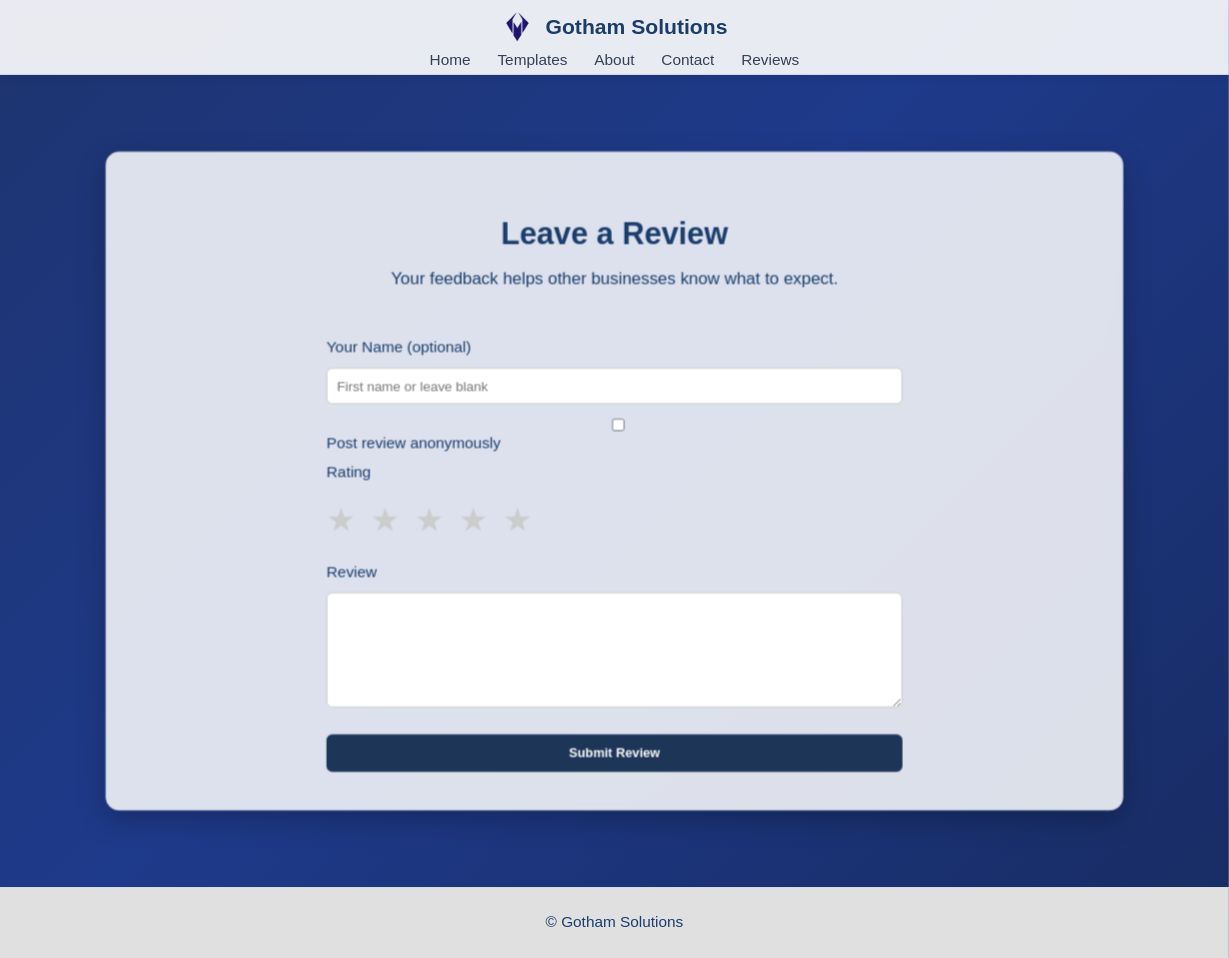
Repository: kmm569/gothamsolutions
Page: reviews/new/index.html
These files come from the project's save history. The page is drawn as it stood at one moment and after the next save; the edit follows.
The browser window is 1280 px wide. The pictures show the whole page, at 96% of full size.

Above is the page before, as saved 2026-03-12 14:13:10.
Console error: TypeError: Cannot set properties of null (setting 'innerText')

### reviews/new/index.html
<!doctype html>
<html lang="en">
	<head>
		<meta charset="UTF-8" />
		<title>Leave a Review | Gotham Solutions</title>
		<link rel="stylesheet" href="../../styles.css" />
		<link rel="icon" href="../../icons/favicon.ico" />
	</head>

	<body>
		<header>
			<div class="logo-container">
				<img
					href="/"
					src="../../LogoSolo.png"
					alt="Gotham Solutions Logo"
					class="logo"
				/>
				<h1>Gotham Solutions</h1>
			</div>

			<nav>
				<ul>
					<li><a href="/" class="nav-link">Home</a></li>
					<li><a href="/templates/" class="nav-link">Templates</a></li>
					<li><a href="/about/" class="nav-link">About</a></li>
					<li><a href="/contact/" class="nav-link">Contact</a></li>
					<li><a href="/reviews/" class="nav-link">Reviews</a></li>
				</ul>
			</nav>
		</header>

		<main>
			<div class="content-wrapper">
				<section class="hero">
					<h2>Leave a Review</h2>
					<p class="hero-text">
						Your feedback helps other businesses know what to expect.
					</p>
				</section>

				<p id="invoiceLabel"></p>

				<form class="review-form" id="reviewForm">
					<label>Your Name (optional)</label>
<input type="text" id="name" placeholder="First name or leave blank">
<label class="anon-option">
	<input type="checkbox" id="anonymous">
	Post review anonymously
</label>

					<label>Rating</label>

					<div class="star-rating" id="starRating">
						<span data-value="1">★</span>
						<span data-value="2">★</span>
						<span data-value="3">★</span>
						<span data-value="4">★</span>
						<span data-value="5">★</span>
					</div>

					<input type="hidden" id="rating" value="" />

					<label>Review</label>
					<textarea id="review" required></textarea>

					<button type="submit">Submit Review</button>
				</form>
			</div>
		</main>

		<footer>
			<div class="container">
				<p>© Gotham Solutions</p>
			</div>
		</footer>

		<script>
			const API =
				"https://script.google.com/macros/s/AKfycbwKmVo3ZUbQQKJZX6465AFCs7X93Y6zOUUWhPNcIFCREsZjv8862jFix98XCnKtpo5Diw/exec";

			const params = new URLSearchParams(window.location.search);
			const token = params.get("token");

			//document.getElementById("token").value = token;

			async function validateToken() {
				if (!token) {
					document.getElementById("status").innerText =
						"This review link is missing a token.";
					document.querySelector(".review-form").style.display = "none";
					return;
				}

				const res = await fetch(API + "?action=validate&token=" + token);
				const data = await res.json();

				if (!data.valid) {
					document.getElementById("status").innerText =
						"This review link is invalid or already used.";

					document.querySelector(".review-form").style.display = "none";
				} else {
					document.getElementById("status").innerText =
						"Submitting review for invoice " + data.invoice;
				}
			}

			validateToken();

			const form = document.querySelector(".review-form");

			form.addEventListener("submit", async function (e) {
				e.preventDefault();

				if (!ratingInput.value) {
	alert("Please select a rating.");
	return;
}

				const payload = {
					token: token,
					name: document.getElementById("name").value,
					rating: document.getElementById("rating").value,
					review: document.getElementById("review").value,
				};

				const response = await fetch(API, {
					method: "POST",
					body: new URLSearchParams(payload),
				});

				const text = await response.text();

				if (text === "success") {
					document.querySelector(".content-wrapper").innerHTML = `
			<h2>Thank you for your review!</h2>
			<p>Your feedback helps other businesses know what to expect.</p>
			<a class="button-primary" href="/reviews">View Reviews</a>
		`;
				} else {
					alert("Invalid or already-used review link.");
				}
			});

			/*const header = document.querySelector("header");

			let isShrunk = false;

			const shrinkPoint = 10;
			const expandPoint = 2;

			window.addEventListener("scroll", () => {
				const scroll = window.scrollY;

				if (!isShrunk && scroll > shrinkPoint) {
					header.classList.add("scrolled");
					isShrunk = true;
				}

				if (isShrunk && scroll < expandPoint) {
					header.classList.remove("scrolled");
					isShrunk = false;
				}
			});*/

			window.addEventListener("load", () => {
				if (window.scrollY > shrinkPoint) {
					header.classList.add("scrolled");
					isShrunk = true;
				}
			});

			const stars = document.querySelectorAll("#starRating span");
			const ratingInput = document.getElementById("rating");

			let currentRating = 0;

			function paintStars(rating) {
				stars.forEach((star) => {
					const value = Number(star.dataset.value);

					if (value <= rating) {
						star.classList.add("active");
					} else {
						star.classList.remove("active");
					}
				});
			}

			paintStars(currentRating);

			stars.forEach((star) => {
				star.addEventListener("mouseover", () => {
					paintStars(star.dataset.value);
				});

				star.addEventListener("mouseout", () => {
					paintStars(currentRating);
				});

				star.addEventListener("click", () => {
					currentRating = Number(star.dataset.value);
					ratingInput.value = currentRating;
					paintStars(currentRating);
				});
			});
		</script>
	</body>
</html>

### styles.css
*,
*::before,
*::after {
	box-sizing: border-box;
}

body {
	background: #ffffff;
	color: #1a3d6b;
	font-family: Arial, sans-serif;
	margin: 0;
	padding: 0;
	display: flex;
	flex-direction: column;
	min-height: 100vh;
}

header{
	position:sticky;
	top:0;
	z-index:100;

	display:flex;
	flex-direction:column;
	align-items:center;
	justify-content:center;

	height:78px;

	padding:6px 20px;

	background:rgba(255,255,255,0.9);
	backdrop-filter:blur(6px);

	box-shadow:0 2px 10px rgba(0,0,0,0.08);
}

.logo-container{
	display:flex;
	align-items:center;
	gap:12px;

	height:44px;
	overflow:hidden;

	transition:max-height .25s ease, opacity .2s ease, transform .25s ease;
}

/* compact header when scrolling
header.scrolled {
	padding: 10px 20px;
	box-shadow: 0 6px 18px rgba(0, 0, 0, 0.15);
}*/


header.scrolled .logo-container {
	max-height: 0;
	opacity: 0;
	transform: translateY(-10px);
}


@media (max-width: 600px) {
	header {
		padding: 16px 12px;
	}
}

header h1{
	font-size:22px;
	margin:0;
}

.logo{
	height:34px;
	width:auto;
}

nav ul{
	display:flex;
	gap:28px;
	list-style:none;
	padding:0;
	margin:4px 0 0 0;
}

.nav-link {
	text-decoration: none;

	color: #334155;
	font-weight: 500;

	position: relative;

	transition: color 0.2s ease;
}

.nav-link:hover {
	color: #2563eb;
}

.nav-link::after {
	content: "";

	position: absolute;
	left: 0;
	bottom: -4px;

	width: 0;
	height: 2px;

	background: #2563eb;

	transition: width 0.2s ease;
}

.nav-link:hover::after {
	width: 100%;
}

main {
	flex: 1;
	padding: 40px 20px;
	width: 100%;
	max-width: 1100px;
	margin: 0 auto;
}

/* HERO */

.hero {
	text-align: center;
	margin-bottom: 50px;
}

.hero h2 {
	font-size: 2em;
	margin-bottom: 15px;
}

.hero-text {
	max-width: 650px;
	margin: auto;
	font-size: 1.1em;
	line-height: 1.5;
}

@media (max-width: 600px) {
	.hero-text {
		max-width: 100%;
		padding: 0 6px;
	}
}

.hero-buttons {
	margin-top: 20px;
	display: flex;
	gap: 15px;
	justify-content: center;
	flex-wrap: wrap;
}

/* BUTTONS */

.button-primary {
	background: #1a3d6b;
	color: white;
	padding: 12px 24px;
	border-radius: 8px;
	text-decoration: none;
	font-weight: bold;
}

.button-secondary {
	background: #16a085;
	color: white;
	padding: 12px 24px;
	border-radius: 8px;
	text-decoration: none;
	font-weight: bold;
}

@media (max-width: 600px) {
	.button-primary,
	.button-secondary {
		padding: 10px 18px;
		font-size: 0.95em;
	}
}

/* SERVICES */

.services {
	margin-bottom: 50px;
}

.services h2 {
	text-align: center;
	margin-bottom: 25px;
}

.service-grid {
	display: grid;
	grid-template-columns: repeat(auto-fit, minmax(220px, 1fr));
	gap: 20px;
}

@media (max-width: 600px) {
	.service-grid {
		grid-template-columns: 1fr;
		gap: 18px;
	}
}

.service-card {
	background: #f5f5f5;
	padding: 20px;
	border-radius: 10px;
	box-shadow: 0 4px 10px rgba(0, 0, 0, 0.1);
}

/* PROCESS */

.process {
	margin-bottom: 20px;
}

.process h2 {
	text-align: center;
	margin-bottom: 25px;
}

.process-grid {
	display: grid;
	grid-template-columns: repeat(auto-fit, minmax(220px, 1fr));
	gap: 20px;
}

.process-step {
	background: #f5f5f5;
	padding: 20px;
	border-radius: 10px;
	box-shadow: 0 4px 10px rgba(0, 0, 0, 0.1);
}

/* CTA */

.cta {
	text-align: center;
	background: #f5f5f5;
	padding: 30px;
	border-radius: 10px;
	max-width: 700px;
	margin: 0 auto;
}

.cta p {
	max-width: 600px;
	margin: 10px auto 20px auto;
}

/* FORM */

.contact-section {
	max-width: 900px;
	margin: 60px auto;
	padding: 0 20px;
}

.form-card {
	background: #f5f5f5;
	padding: 30px;
	border-radius: 10px;
	box-shadow: 0 6px 14px rgba(0, 0, 0, 0.15);

	width: 100%;
	max-width: 900px;

	margin: 0 auto;
}

.form-card form {
	width: 100%;
}

form {
	display: flex;
	flex-direction: column;
	gap: 14px;
}

input,
select,
textarea {
	width: 100%;
	padding: 14px;
	font-size: 15px;
}

.submit-button {
	margin-top: 10px;
	padding: 12px;
	border: none;
	background: #1a3d6b;
	color: white;
	font-weight: bold;
	border-radius: 8px;
	cursor: pointer;
}

.submit-button:hover {
	background: #163457;
}

input,
select,
textarea {
	width: 100%;
	padding: 12px;
	border-radius: 6px;
	border: 1px solid #ccc;
	font-size: 14px;
	box-sizing: border-box;
}

/* WHY SECTION */

.why-section {
	margin: 50px 0;
	background: #f5f5f5;
	padding: 30px;
	border-radius: 10px;
	box-shadow: 0 4px 10px rgba(0, 0, 0, 0.1);
}

.why-section h2 {
	text-align: center;
	margin-bottom: 10px;
}

.why-section > p {
	text-align: center;
	max-width: 650px;
	margin: 0 auto 25px auto;
}

footer {
	background: #e0e0e0;
	padding: 12px;
	text-align: center;
}

/* WHY GOTHAM SOLUTIONS LIST */

.about-points {
	list-style: none;
	padding: 0;
	margin-top: 20px;

	display: flex;
	flex-direction: column;
	gap: 18px;
}

.about-points li {
	position: relative;
	padding-left: 34px;
	line-height: 1.5;
}

.about-points li::before {
	content: "";

	position: absolute;
	left: 0;
	top: 3px;

	width: 16px;
	height: 16px;

	background-color: #2c3e50;

	mask: url("/icons/target.svg") no-repeat center;
	mask-size: contain;

	-webkit-mask: url("/icons/target.svg") no-repeat center;
	-webkit-mask-size: contain;
}

body {
	background: linear-gradient(-45deg, #0f172a, #1e3a8a, #1e293b, #2563eb);

	background-size: 400% 400%;
	animation: gradientShift 15s ease infinite;

	min-height: 100vh;
}

@keyframes gradientShift {
	0% {
		background-position: 0% 50%;
	}
	50% {
		background-position: 100% 50%;
	}
	100% {
		background-position: 0% 50%;
	}
}

.content-wrapper {
	max-width: 1100px;
	margin: 40px auto;
	padding: 40px;

	background: rgba(255, 255, 255, 0.85);

	border-radius: 14px;

	box-shadow: 0 10px 30px rgba(0, 0, 0, 0.25);

	backdrop-filter: blur(6px);
}

.service-card,
.process-step {
	background: #ffffff;
	border-radius: 12px;

	padding: 24px;

	box-shadow: 0 6px 18px rgba(0, 0, 0, 0.08);

	transition:
		transform 0.2s ease,
		box-shadow 0.2s ease;
}

.service-card:hover,
.process-step:hover {
	transform: translateY(-6px);

	box-shadow: 0 14px 32px rgba(0, 0, 0, 0.15);
}

.service-card::before,
.process-step::before {
	content: "";
	display: block;

	height: 4px;
	width: 40px;

	background: #2563eb;

	border-radius: 4px;

	margin-bottom: 12px;
}

.templates-grid {
	display: grid;
	grid-template-columns: repeat(auto-fit, minmax(260px, 1fr));
	gap: 24px;
	margin-top: 30px;
}

.template-card {
	background: #ffffff;
	border-radius: 12px;
	padding: 24px;

	box-shadow: 0 6px 18px rgba(0, 0, 0, 0.08);

	display: flex;
	flex-direction: column;
	gap: 12px;

	transition:
		transform 0.2s ease,
		box-shadow 0.2s ease;
}

.template-card:hover {
	transform: translateY(-6px);
	box-shadow: 0 14px 32px rgba(0, 0, 0, 0.15);
}

.template-preview {
	width: 100%;
	max-height: 420px;

	object-fit: cover;

	border-radius: 10px;
	margin-bottom: 16px;

	box-shadow: 0 8px 20px rgba(0, 0, 0, 0.18);
}

.template-gallery {
	display: flex;
	gap: 12px;
	margin-bottom: 18px;
	flex-wrap: wrap;
}

.template-gallery img {
	width: 90px;
	height: 65px;

	object-fit: cover;

	border-radius: 6px;
	cursor: pointer;

	transition:
		transform 0.15s ease,
		box-shadow 0.15s ease;
}

.template-gallery img:hover {
	transform: scale(1.05);
	box-shadow: 0 6px 12px rgba(0, 0, 0, 0.15);
}

.template-card .button-primary {
	width: 100%;
	text-align: center;
}

.review-grid{
	display:grid;
	grid-template-columns:repeat(auto-fit,minmax(260px,1fr));
	gap:24px;
	margin-top:32px;
}

.review-card{
	background:#fff;
	padding:24px;
	border-radius:10px;
	box-shadow:0 4px 12px rgba(0,0,0,0.08);
}

.review-card p{
	margin:10px 0;
}

.stars{
	color:#f5b301;
	font-size:18px;
}

.review-average{
	font-size:20px;
	margin-bottom:20px;
}

.review-form{
	max-width:600px;
	margin-top:24px;
	display:flex;
	flex-direction:column;
	gap:12px;
}

.review-form input,
.review-form textarea,
.review-form select{
	padding:10px;
	border:1px solid #ccc;
	border-radius:6px;
	font-size:14px;
}

.review-form textarea{
	min-height:120px;
	resize:vertical;
}

.review-form button{
	margin-top:16px;
	padding:12px;
	background:#1d3557;
	color:white;
	border:none;
	border-radius:6px;
	cursor:pointer;
	font-weight:600;
}

.review-form button:hover{
	background:#274777;
}

.review-form{
	max-width:600px;
	margin:24px auto 0 auto;
	display:flex;
	flex-direction:column;
	gap:12px;
}

.review-card strong{
	display:block;
	margin-top:8px;
	color:#1a3d6b;
}

.review-empty{
	text-align:center;
	max-width:520px;
	margin:40px auto;
}

.review-empty h3{
	margin:10px 0 8px 0;
}

.review-empty p{
	margin-bottom:14px;
}

.review-empty .stars{
	font-size:26px;
	margin-bottom:10px;
}

.star-rating{
	color:#ccc;
	cursor:pointer;
	user-select:none;
	font-size:34px;
	margin:8px 0 14px 0;
}

.star-rating span{
	margin-right:6px;
	transition:color .15s ease;
}

.star-rating span.active{
	color:#f5b301;
}

.star-rating span:hover{
	color:#f5b301;
}

After the next save:
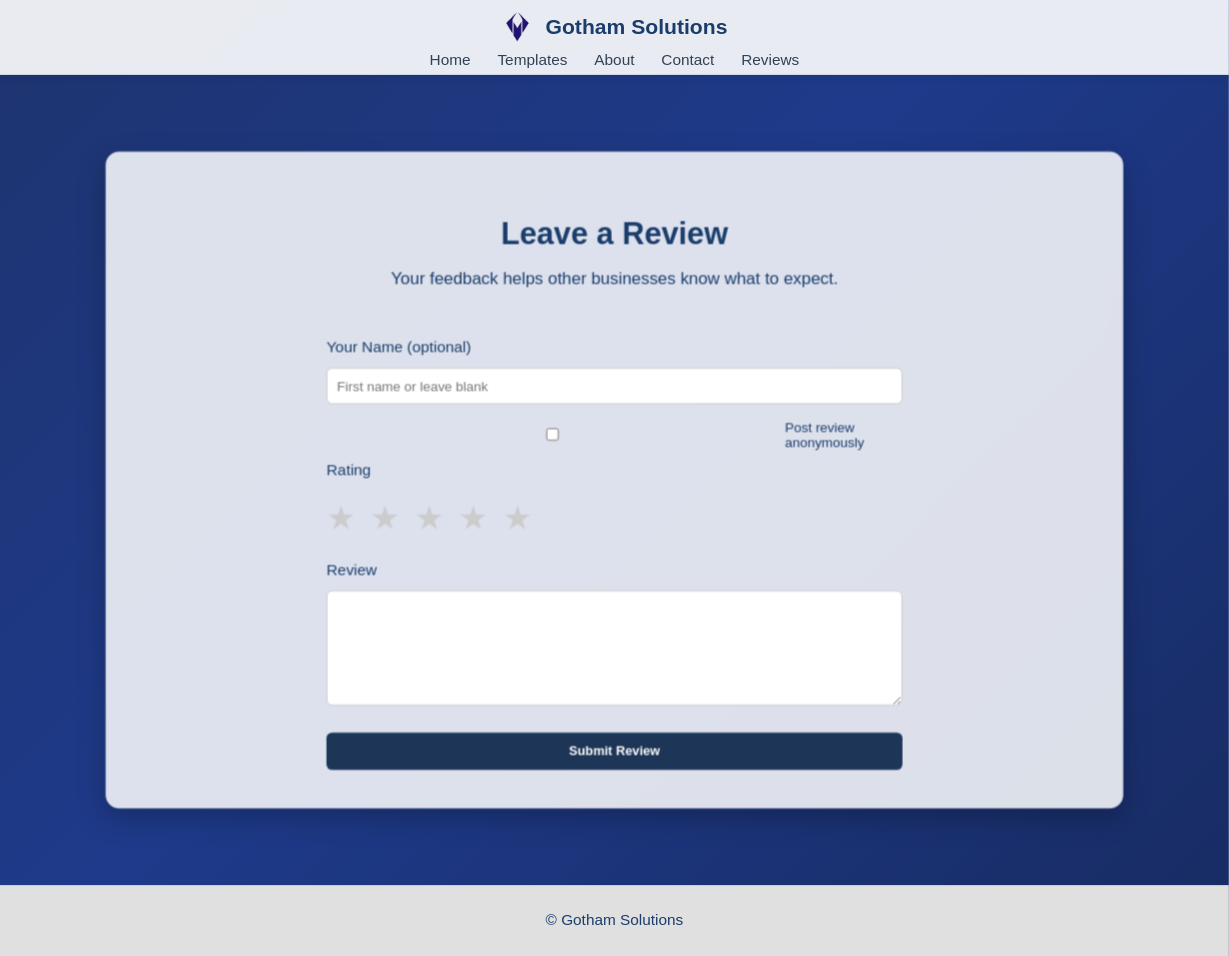
Saved 14 s later.
--- a/styles.css
+++ b/styles.css
@@ -647,3 +647,11 @@ body {
 .star-rating span:hover{
 	color:#f5b301;
 }
+
+.anon-option{
+	display:flex;
+	align-items:center;
+	gap:8px;
+	font-size:14px;
+	margin-top:4px;
+}
